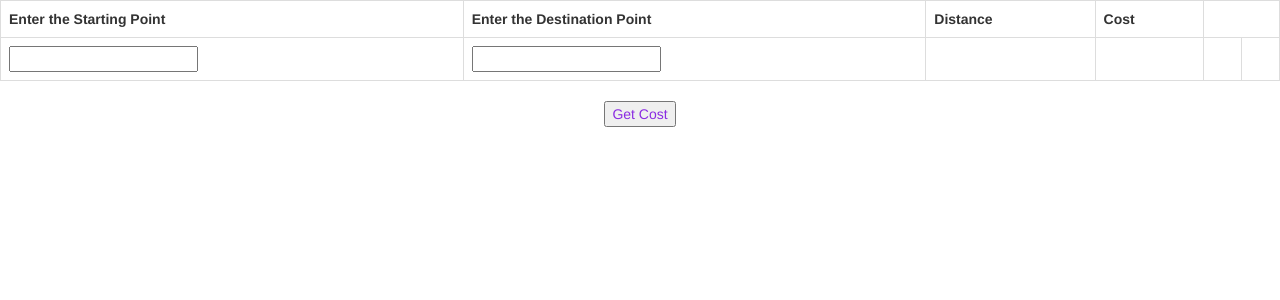
Repository: Gundeep-repos/407ETR_Assignment
Page: http://localhost/407ETR_Gundeep_Singh_assignment/
The author's editor kept a copy of each file at every save. The page is drawn from the files as they stood at one save, then again after the next save.
The browser window is 1280 px wide. The pictures show the whole page.
The page is served by Tomcat 9.

Above is the page before, as saved 2021-07-04 18:09:43.

After the next save:
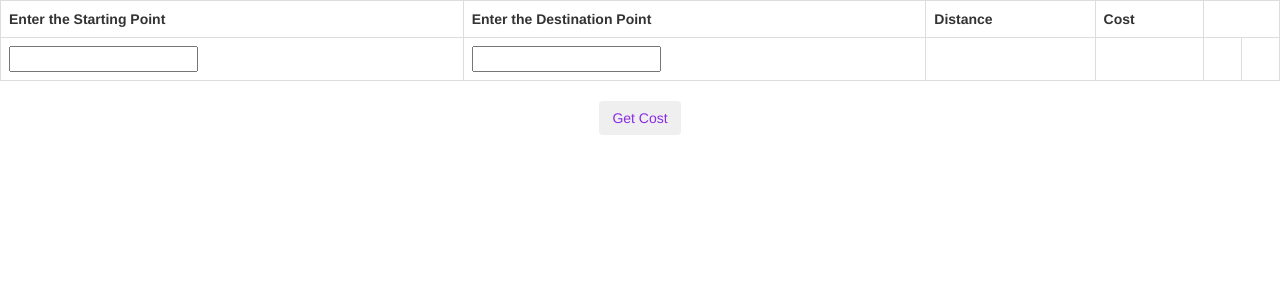
Saved 31 s later.
--- a/407ETR_Gundeep_Singh_assignment/WebContent/index.jsp
+++ b/407ETR_Gundeep_Singh_assignment/WebContent/index.jsp
@@ -80,6 +80,6 @@ function fetchCD(){
 </tr>
 </table>
 </div>
-<center><button style="color: blueviolet" onclick="fetchCD()">Get Cost</button></center>
+<center><button style="color: blueviolet" class="btn btn-largs" onclick="fetchCD()">Get Cost</button></center>
 </body>
 </html>
